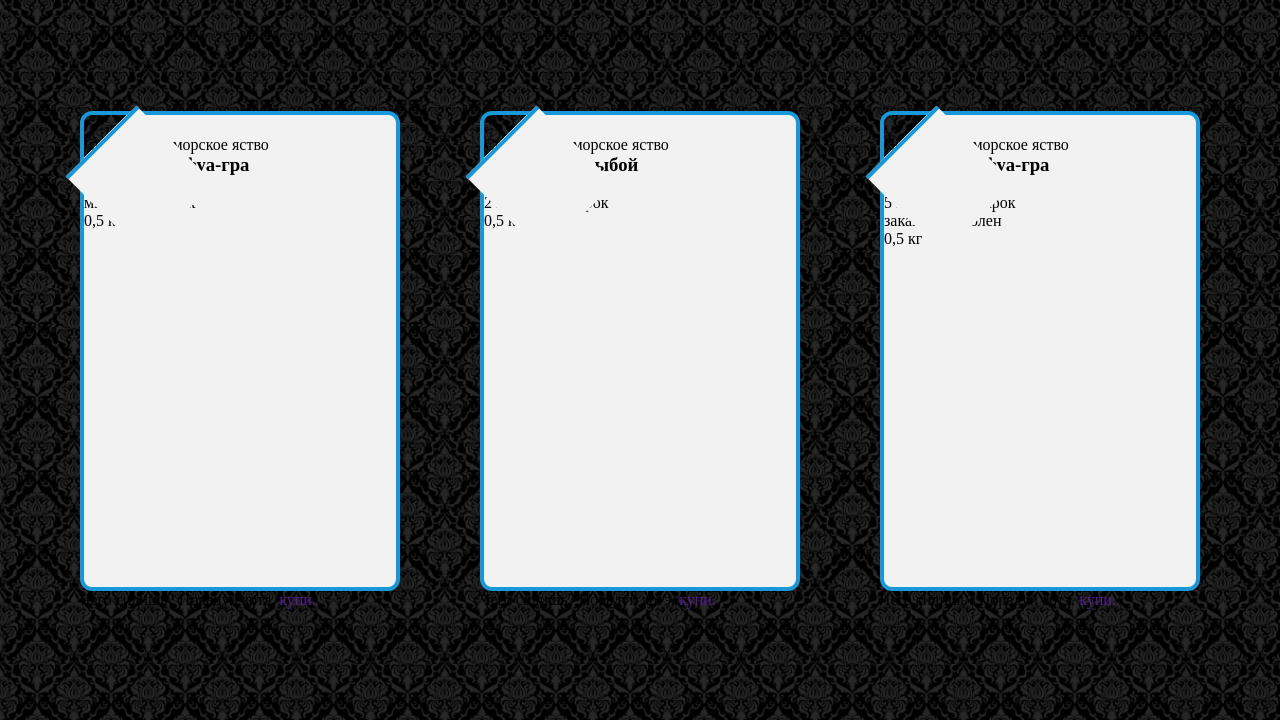
Repository: acbukka/tech-qt
Page: index.html
The author's editor kept a copy of each file at every save. The page is drawn from the files as they stood at one save, then again after the next save.
The browser window is 1280 px wide. The pictures show the whole page.

Above is the page before, as saved 2022-06-17 16:51:50.

After the next save:
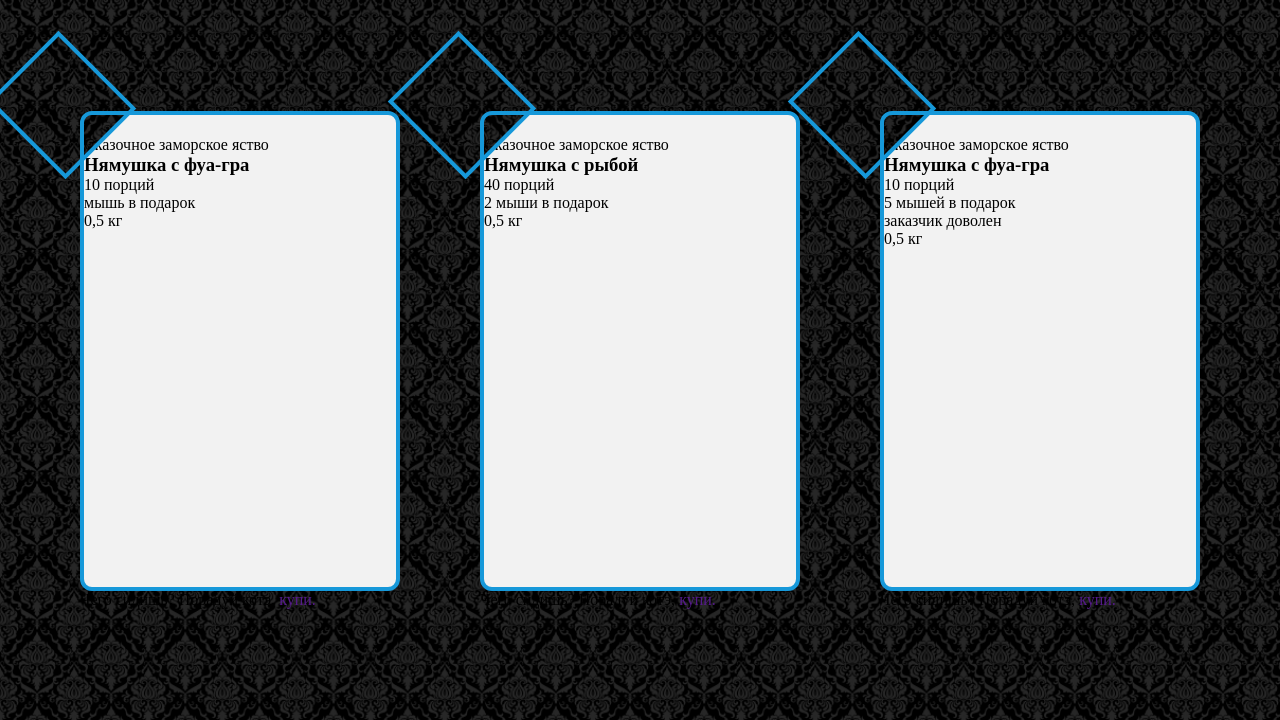
Saved 43 s later.
--- a/src/style.css
+++ b/src/style.css
@@ -95,7 +95,7 @@
   background: linear-gradient(-225deg, transparent 30px, #F2F2F2 0);
 }
 
-/* .card-item::before {
+.card-item::before {
   content: "";
   position: absolute;
   width: 110px;
@@ -108,8 +108,8 @@
   bottom: 88.32%;
   border: 4px solid #1698D9;
   transform:  rotate(45deg);
-} */
-.card-item::before {
+}
+/* .card-item::before {
   overflow: hidden;
   content: "";
   position: absolute;
@@ -122,9 +122,8 @@
   top: 3.23%;
   bottom: 88.32%;
   border-left: 4px solid #1698D9;
-  /* border: 4px solid #1698D9; */
   transform:  rotate(45deg);
-}
+} */
 
 
 .cards-wrapper
